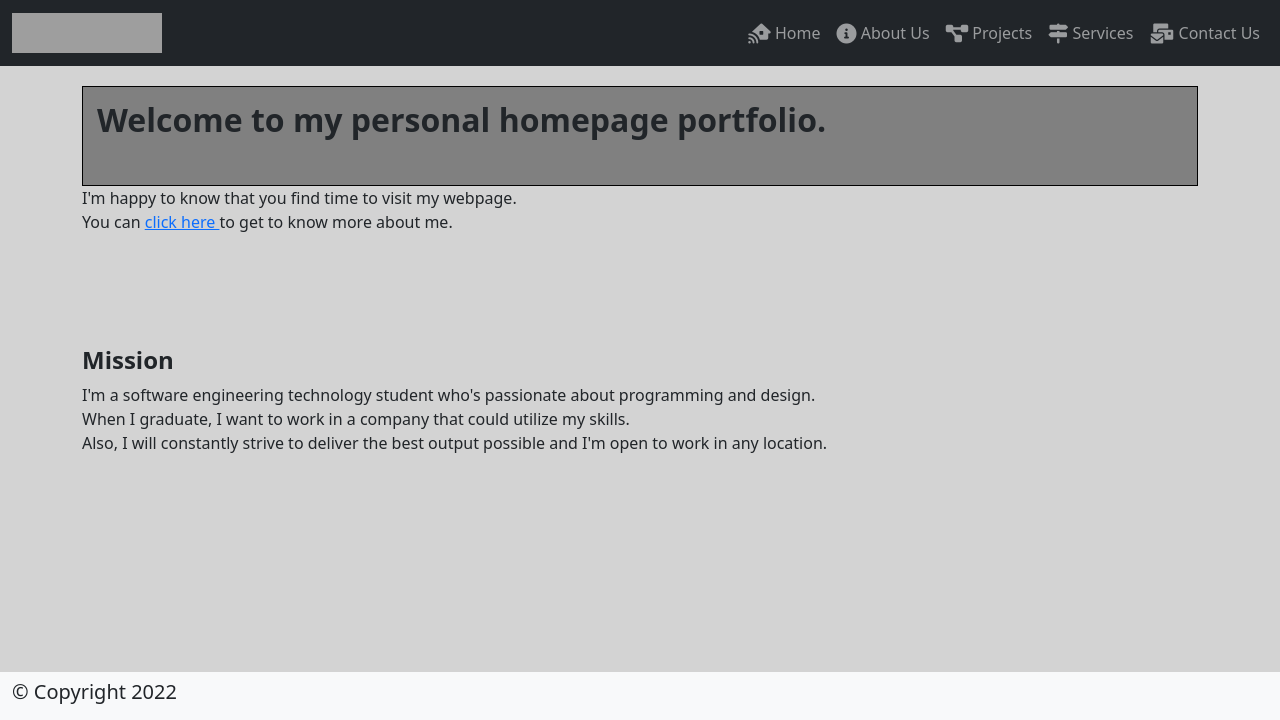
Repository: acarino4/Express-Portfolio-Site
Page: http://localhost/
An editor plug-in stored every save of this project. The page is shown before and after the next save, followed by the edit.
The browser window is 1280 px wide. The pictures show the whole page.
Pictures or frames that could not be fetched are drawn as grey boxes. The page is served by the project's Node server (server.js).

Above is the page before, as saved 2022-10-08 18:52:49.

After the next save:
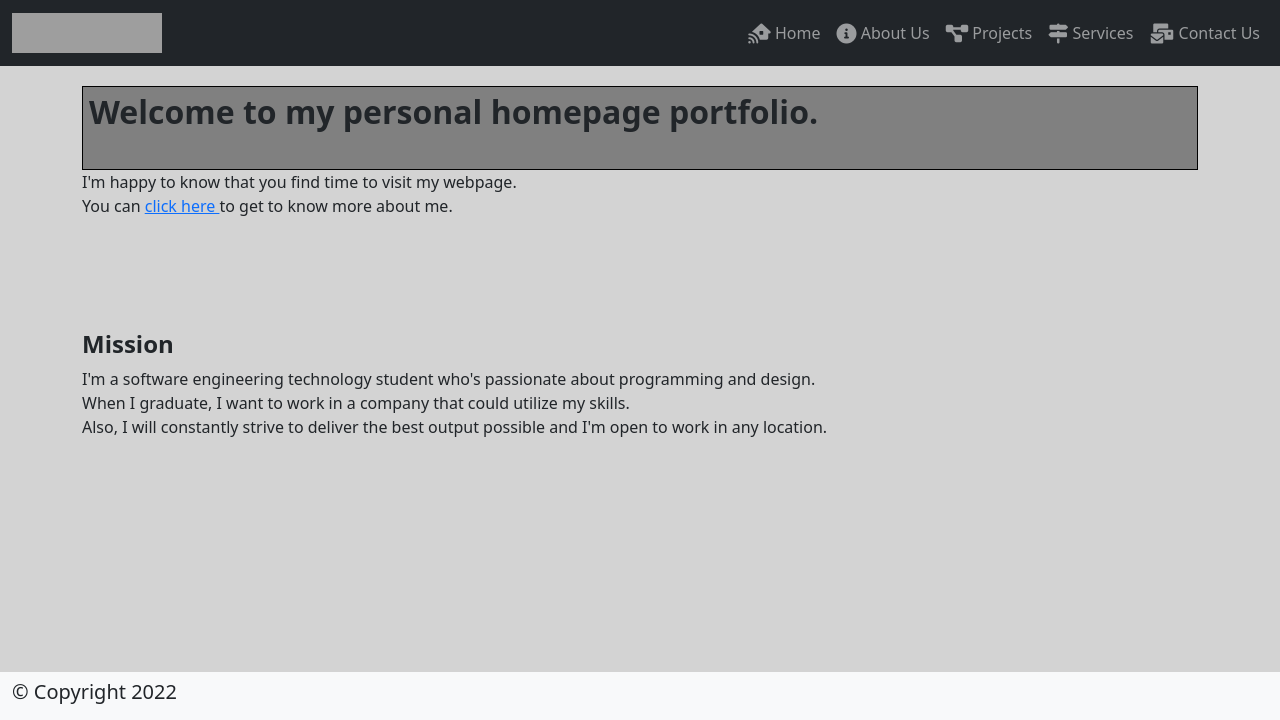
Saved 5 s later.
--- a/Server/Views/content/home.ejs
+++ b/Server/Views/content/home.ejs
@@ -12,7 +12,7 @@
         }
         .div1 {
             border: 1px solid black;
-            padding: 14px;
+            padding: 6px;
             background-color: grey;
         }
 
